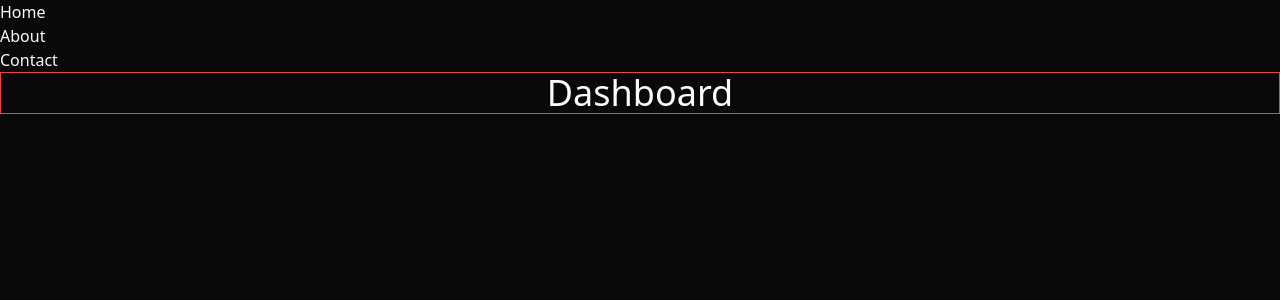
Repository: svoglimacci/recipe-app-tmp
Page: /app
An editor plug-in stored every save of this project. The page is shown before and after the next save, followed by the edit.
The browser window is 1280 px wide. The pictures show the whole page.
The project was rebuilt for these pictures with package versions that can differ from the ones it lists, and the page was loaded fresh each time. Also part of the build but not shown: vite.config.ts, src/components/Recipe.tsx, src/components/RecipeList.tsx, src/components/RecipeCard.tsx, src/views/Login.tsx, src/views/Landing.tsx, src/views/Home.tsx.

Above is the page before, as saved 2024-01-30 13:50:44.

### src/App.tsx
import { ThemeProvider } from "@/components/ui/theme-provider"
import { RouterProvider } from "react-router-dom"
import { router } from "@/router"

function App() {
  return (
    <ThemeProvider defaultTheme="dark" storageKey="vite-ui-theme">
    <RouterProvider router={router}/>
  </ThemeProvider>
  )
}

export default App

### src/components/ui/theme-provider.tsx
import { createContext, useContext, useEffect, useState } from "react"

type Theme = "dark" | "light" | "system"

type ThemeProviderProps = {
  children: React.ReactNode
  defaultTheme?: Theme
  storageKey?: string
}

type ThemeProviderState = {
  theme: Theme
  setTheme: (theme: Theme) => void
}

const initialState: ThemeProviderState = {
  theme: "system",
  setTheme: () => null,
}

const ThemeProviderContext = createContext<ThemeProviderState>(initialState)

export function ThemeProvider({
  children,
  defaultTheme = "system",
  storageKey = "vite-ui-theme",
  ...props
}: ThemeProviderProps) {
  const [theme, setTheme] = useState<Theme>(
    () => (localStorage.getItem(storageKey) as Theme) || defaultTheme
  )

  useEffect(() => {
    const root = window.document.documentElement

    root.classList.remove("light", "dark")

    if (theme === "system") {
      const systemTheme = window.matchMedia("(prefers-color-scheme: dark)")
        .matches
        ? "dark"
        : "light"

      root.classList.add(systemTheme)
      return
    }

    root.classList.add(theme)
  }, [theme])

  const value = {
    theme,
    setTheme: (theme: Theme) => {
      localStorage.setItem(storageKey, theme)
      setTheme(theme)
    },
  }

  return (
    <ThemeProviderContext.Provider {...props} value={value}>
      {children}
    </ThemeProviderContext.Provider>
  )
}

export const useTheme = () => {
  const context = useContext(ThemeProviderContext)

  if (context === undefined)
    throw new Error("useTheme must be used within a ThemeProvider")

  return context
}

### src/router/index.tsx
import { createBrowserRouter } from "react-router-dom";
import { Home, Login, Landing, Dashboard } from "@/views";
import { Recipe, RecipeList } from "@/components";

const router = createBrowserRouter([
  {
    path: "/",
    element: <Landing />,
  },
  {
    path: "/login",
    element: <Login />,
  },
  {
   path: "/app",
    element: <Dashboard />,
    children: [
      {
        path: "",
        element: <Home />,
      },
      {
        path: "recipes",
        element: <RecipeList />,
      },
      {
        path: "recipes/:id",
        element: <Recipe />,
      }
    ],
  }
])

export { router }

### src/views/index.tsx
import { Dashboard } from "./Dashboard";
import { Login } from "./Login";
import { Landing } from "./Landing";
import { Home } from "./Home";

export { Dashboard, Login, Landing, Home };

### src/components/index.tsx
import { Recipe } from "./Recipe";
import { RecipeList } from "./RecipeList";
import { RecipeCard } from "./RecipeCard";
import { DashboardHeader } from "./DashboardHeader";
import { MobileNav } from "./BurgerMenu";

export {
  Recipe,
  RecipeList,
  RecipeCard,
  DashboardHeader,
  MobileNav
}

### src/views/Dashboard.tsx
import { DashboardHeader } from '@/components';
import { Nav } from '@/components/Nav';


function Dashboard() {
  return (
    <>
      <DashboardHeader />
      <div className="flex flex-col relative p-0 border-red-500">
      <Nav />
      <main className="flex flex-col items-center justify-center border border-red-500">
        <h1 className="text-4xl text-primary">Dashboard</h1>
      </main>
      </div>
    </>
  )
}

export { Dashboard };

### src/components/DashboardHeader.tsx
import { ModeToggle } from "./ui/mode-toggle";
import { MobileNav } from "./BurgerMenu";

function DashboardHeader() {
  return(

  <header className="flex sticky top-0 z-50 md:hidden bg-secondary justify-between">
    <MobileNav />
    <ModeToggle />
  </header>
  )
}

export { DashboardHeader  };

### src/components/BurgerMenu.tsx
import { Menu } from "lucide-react";
import { Sheet, SheetContent, SheetHeader, SheetTrigger } from "./ui/sheet";

import { Button } from "./ui/button";

function MobileNav() {
  return (
    <nav className="md:hidden">
    <Sheet>
  <SheetTrigger asChild><Button variant="ghost" size="icon"><Menu/></Button></SheetTrigger>
  <SheetContent side="left">
    <SheetHeader>

    </SheetHeader>
  </SheetContent>
</Sheet>
</nav>

  )
}

export { MobileNav  };

### src/components/Nav.tsx

function Nav() {
  return (
  <nav className="flex flex-row">
  <ul className="flex flex-col justify-between">
    <li className="text-primary">Home</li>
    <li className="text-primary">About</li>
    <li className="text-primary">Contact</li>
  </ul>
</nav>

  )
}

export { Nav  };

### src/components/ui/mode-toggle.tsx
import { Moon, Sun } from "lucide-react"

import { Button } from "@/components/ui/button"
import { useTheme } from "@/components/ui/theme-provider"

export function ModeToggle() {
  const { theme, setTheme } = useTheme()

  return (
    <Button
      aria-label="Toggle theme"
      onClick={() => setTheme(theme === "dark" ? "light" : "dark")}
      variant="ghost"
      size="icon"
    >
      <Sun className="h-[1.2rem] w-[1.2rem] rotate-0 scale-100 transition-all dark:-rotate-90 dark:scale-0" />
      <Moon className="absolute h-[1.2rem] w-[1.2rem] rotate-90 scale-0 transition-all dark:rotate-0 dark:scale-100" />
    </Button>
  )
}

### src/components/ui/sheet.tsx
import * as React from "react"
import * as SheetPrimitive from "@radix-ui/react-dialog"
import { cva, type VariantProps } from "class-variance-authority"
import { X } from "lucide-react"

import { cn } from "@/lib/utils"
import { Button } from "./button"

const Sheet = SheetPrimitive.Root

const SheetTrigger = SheetPrimitive.Trigger

const SheetClose = SheetPrimitive.Close

const SheetPortal = SheetPrimitive.Portal

const SheetOverlay = React.forwardRef<
  React.ElementRef<typeof SheetPrimitive.Overlay>,
  React.ComponentPropsWithoutRef<typeof SheetPrimitive.Overlay>
>(({ className, ...props }, ref) => (
  <SheetPrimitive.Overlay
    className={cn(
      "fixed inset-0 z-50 bg-black/80  data-[state=open]:animate-in data-[state=closed]:animate-out data-[state=closed]:fade-out-0 data-[state=open]:fade-in-0",
      className
    )}
    {...props}
    ref={ref}
  />
))
SheetOverlay.displayName = SheetPrimitive.Overlay.displayName

const sheetVariants = cva(
  "fixed z-50 gap-4 bg-background p-6 shadow-lg transition ease-in-out data-[state=open]:animate-in data-[state=closed]:animate-out data-[state=closed]:duration-300 data-[state=open]:duration-500",
  {
    variants: {
      side: {
        top: "inset-x-0 top-0 border-b data-[state=closed]:slide-out-to-top data-[state=open]:slide-in-from-top",
        bottom:
          "inset-x-0 bottom-0 border-t data-[state=closed]:slide-out-to-bottom data-[state=open]:slide-in-from-bottom",
        left: "inset-y-0 left-0 h-full w-3/4 border-r data-[state=closed]:slide-out-to-left data-[state=open]:slide-in-from-left sm:max-w-sm",
        right:
          "inset-y-0 right-0 h-full w-3/4  border-l data-[state=closed]:slide-out-to-right data-[state=open]:slide-in-from-right sm:max-w-sm",
      },
    },
    defaultVariants: {
      side: "right",
    },
  }
)

interface SheetContentProps
  extends React.ComponentPropsWithoutRef<typeof SheetPrimitive.Content>,
    VariantProps<typeof sheetVariants> {}

const SheetContent = React.forwardRef<
  React.ElementRef<typeof SheetPrimitive.Content>,
  SheetContentProps
>(({ side = "right", className, children, ...props }, ref) => (
  <SheetPortal>
    <SheetOverlay />
    <SheetPrimitive.Content
      ref={ref}
      className={cn(sheetVariants({ side }), className)}
      {...props}
    >
      {children}
      <SheetPrimitive.Close className="absolute right-4 top-4 rounded-sm opacity-70 ring-offset-background transition-opacity hover:opacity-100 focus:outline-none focus:ring-2 focus:ring-ring focus:ring-offset-2 disabled:pointer-events-none data-[state=open]:bg-secondary">
        <Button variant="ghost" size="icon">
        <X/>
        </Button>
        <span className="sr-only">Close</span>
      </SheetPrimitive.Close>
    </SheetPrimitive.Content>
  </SheetPortal>
))
SheetContent.displayName = SheetPrimitive.Content.displayName

const SheetHeader = ({
  className,
  ...props
}: React.HTMLAttributes<HTMLDivElement>) => (
  <div
    className={cn(
      "flex flex-col space-y-2 text-center sm:text-left",
      className
    )}
    {...props}
  />
)
SheetHeader.displayName = "SheetHeader"

const SheetFooter = ({
  className,
  ...props
}: React.HTMLAttributes<HTMLDivElement>) => (
  <div
    className={cn(
      "flex flex-col-reverse sm:flex-row sm:justify-end sm:space-x-2",
      className
    )}
    {...props}
  />
)
SheetFooter.displayName = "SheetFooter"

const SheetTitle = React.forwardRef<
  React.ElementRef<typeof SheetPrimitive.Title>,
  React.ComponentPropsWithoutRef<typeof SheetPrimitive.Title>
>(({ className, ...props }, ref) => (
  <SheetPrimitive.Title
    ref={ref}
    className={cn("text-lg font-semibold text-foreground", className)}
    {...props}
  />
))
SheetTitle.displayName = SheetPrimitive.Title.displayName

const SheetDescription = React.forwardRef<
  React.ElementRef<typeof SheetPrimitive.Description>,
  React.ComponentPropsWithoutRef<typeof SheetPrimitive.Description>
>(({ className, ...props }, ref) => (
  <SheetPrimitive.Description
    ref={ref}
    className={cn("text-sm text-muted-foreground", className)}
    {...props}
  />
))
SheetDescription.displayName = SheetPrimitive.Description.displayName

export {
  Sheet,
  SheetPortal,
  SheetOverlay,
  SheetTrigger,
  SheetClose,
  SheetContent,
  SheetHeader,
  SheetFooter,
  SheetTitle,
  SheetDescription,
}

### src/components/ui/button.tsx
import * as React from "react"
import { Slot } from "@radix-ui/react-slot"
import { cva, type VariantProps } from "class-variance-authority"

import { cn } from "@/lib/utils"

const buttonVariants = cva(
  "inline-flex items-center justify-center whitespace-nowrap rounded-md text-sm font-medium ring-offset-background transition-colors focus-visible:outline-none focus-visible:ring-2 focus-visible:ring-ring focus-visible:ring-offset-2 disabled:pointer-events-none disabled:opacity-50",
  {
    variants: {
      variant: {
        default: "bg-primary text-primary-foreground hover:bg-primary/90",
        destructive:
          "bg-destructive text-destructive-foreground hover:bg-destructive/90",
        outline:
          "border border-input bg-background hover:bg-accent hover:text-accent-foreground",
        secondary:
          "bg-secondary text-secondary-foreground hover:bg-secondary/80",
        ghost: "hover:bg-accent hover:text-accent-foreground",
        link: "text-primary underline-offset-4 hover:underline",
      },
      size: {
        default: "h-10 px-4 py-2",
        sm: "h-9 rounded-md px-3",
        lg: "h-11 rounded-md px-8",
        icon: "h-10 w-10",
      },
    },
    defaultVariants: {
      variant: "default",
      size: "default",
    },
  }
)

export interface ButtonProps
  extends React.ButtonHTMLAttributes<HTMLButtonElement>,
    VariantProps<typeof buttonVariants> {
  asChild?: boolean
}

const Button = React.forwardRef<HTMLButtonElement, ButtonProps>(
  ({ className, variant, size, asChild = false, ...props }, ref) => {
    const Comp = asChild ? Slot : "button"
    return (
      <Comp
        className={cn(buttonVariants({ variant, size, className }))}
        ref={ref}
        {...props}
      />
    )
  }
)
Button.displayName = "Button"

export { Button, buttonVariants }

Loaded but not shown: index.html (common file); src/main.tsx (common file); src/index.css (common file); src/lib/utils.ts (common file); tailwind.config.js (common file)

After the next save:
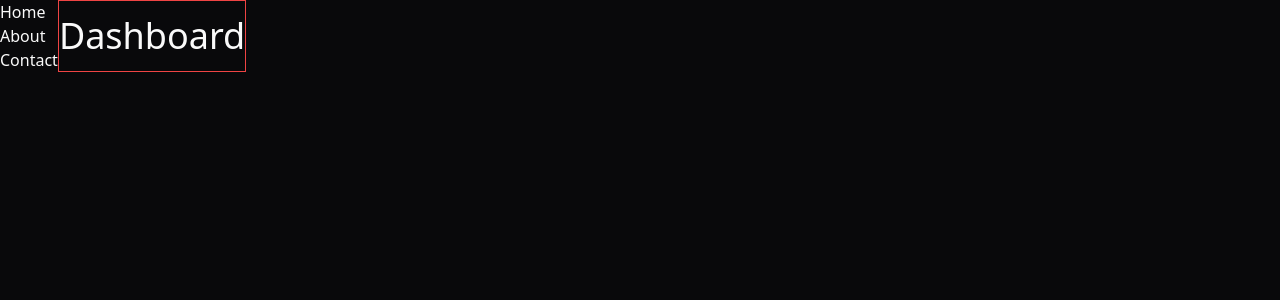
Saved 7 s later.
--- a/src/views/Dashboard.tsx
+++ b/src/views/Dashboard.tsx
@@ -6,7 +6,7 @@ function Dashboard() {
   return (
     <>
       <DashboardHeader />
-      <div className="flex flex-col relative p-0 border-red-500">
+      <div className="flex flex-row relative p-0 border-red-500">
       <Nav />
       <main className="flex flex-col items-center justify-center border border-red-500">
         <h1 className="text-4xl text-primary">Dashboard</h1>
